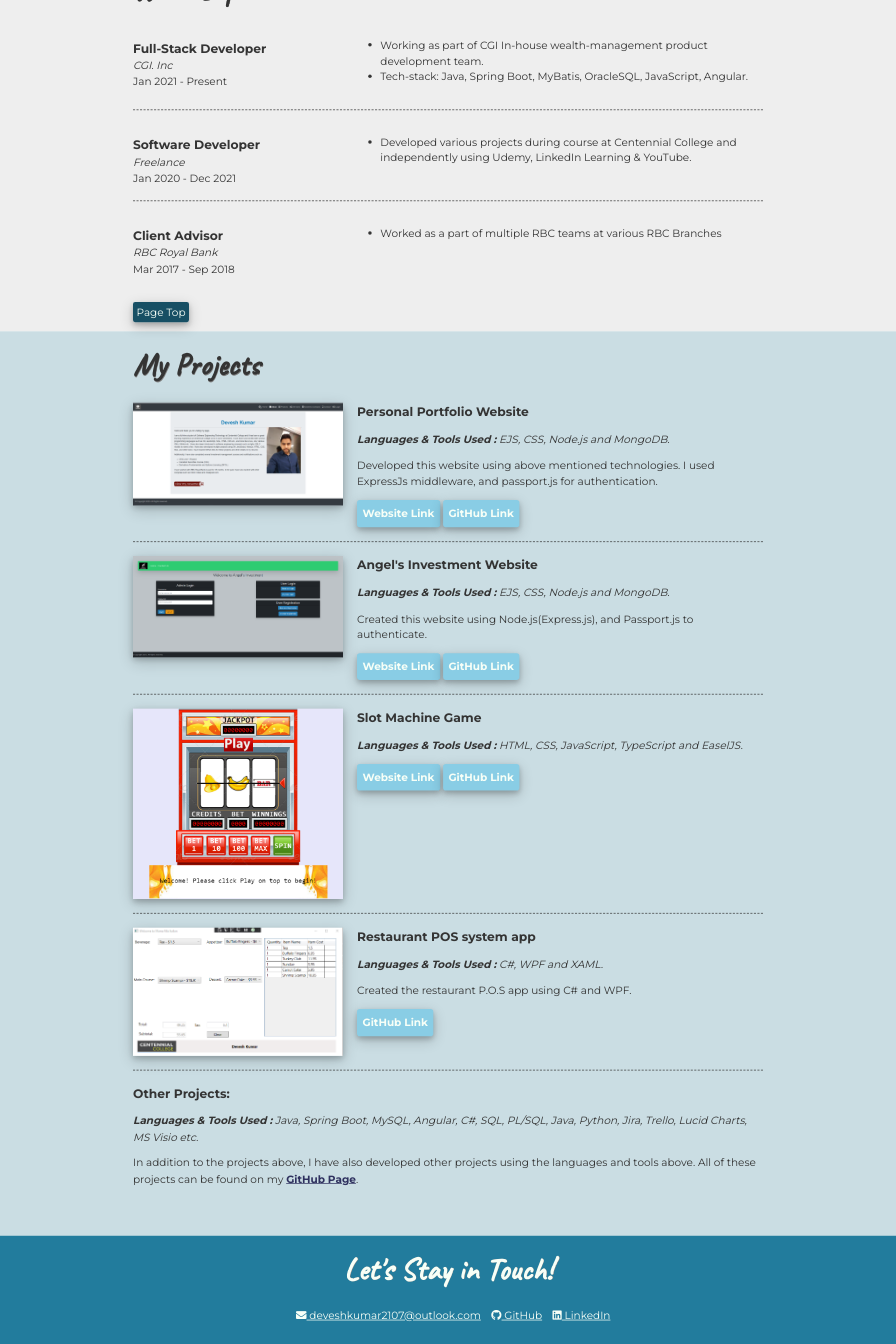
Repository: My-Web-Page/MyWebPage
Page: index.html
These files come from the project's save history. The page is drawn as it stood at one moment and after the next save; the edit follows.
The browser window is 1280 px wide. The pictures show the part of the page from y = 1996 to 3916 px (the page is 3916 px tall), at 70% of full size.
Some web libraries are served in a nearby version.

Above is the page before, as saved 2023-04-11 08:56:13.

After the next save:
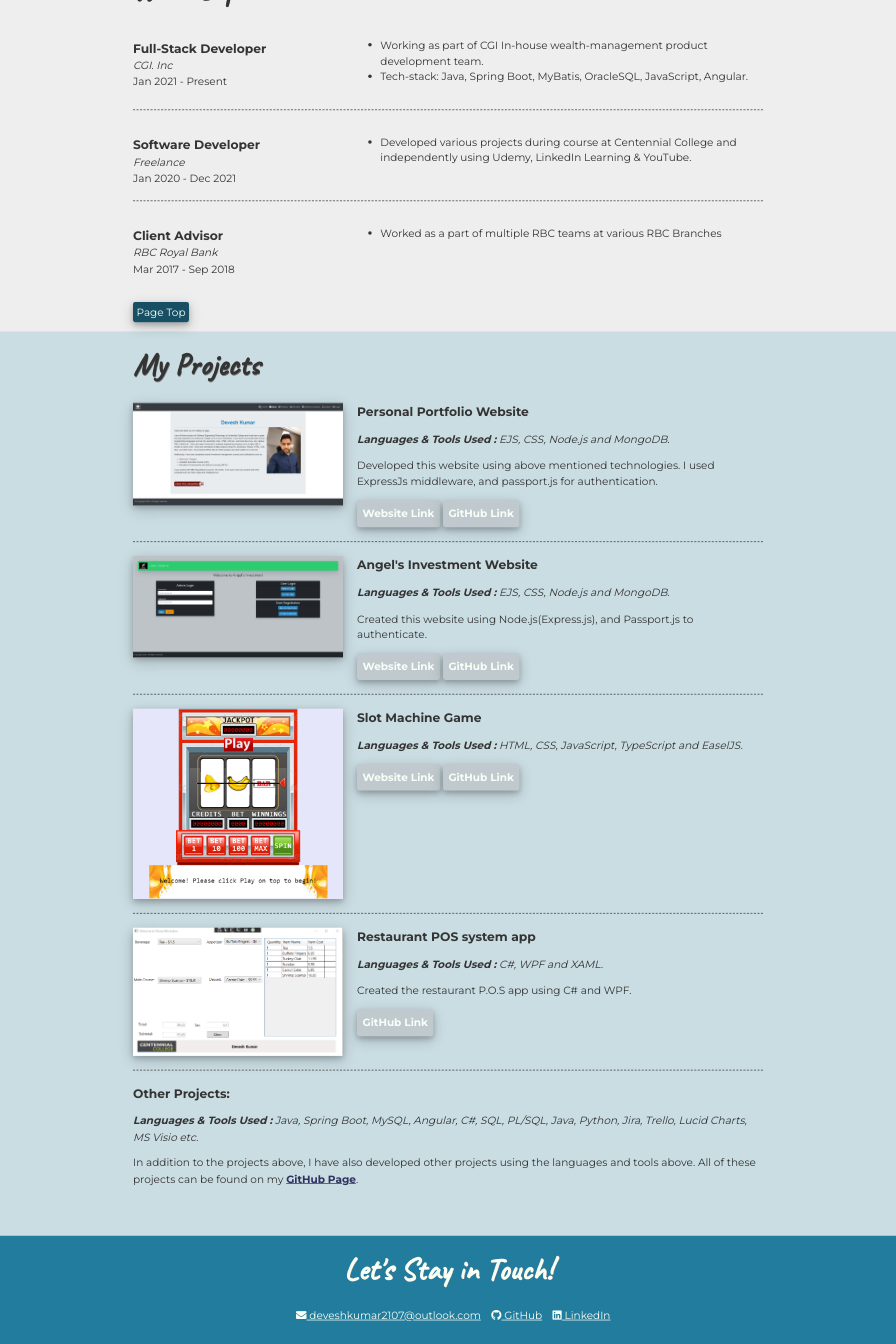
Saved 62 s later.
--- a/style.css
+++ b/style.css
@@ -233,7 +233,7 @@ https://coolors.co/f7fff7-343434-2f3061-ffe66d-a1c6d7
 
     .projects .btn {
         color: #F7FFF7;
-        background: #89cde5;
+        background: #c0cace;
         text-decoration: none;
         padding: 8px;
         border-radius: 4px;
